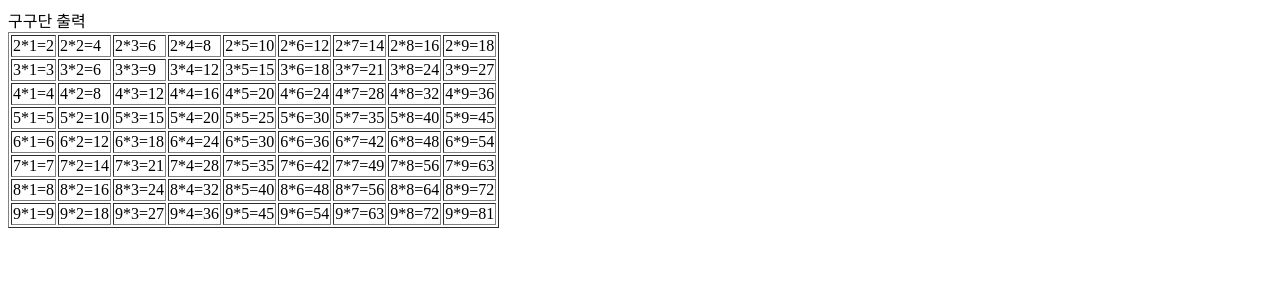
Repository: tngus3580/tngus3580
Page: http://localhost/20201109/ex0501.jsp
These files come from the project's save history. The page is drawn as it stood at one moment and after the next save; the edit follows.
The browser window is 1280 px wide. The pictures show the whole page.
The page is served by Tomcat 9.

Above is the page before, as saved 2020-11-09 02:25:58.

After the next save:
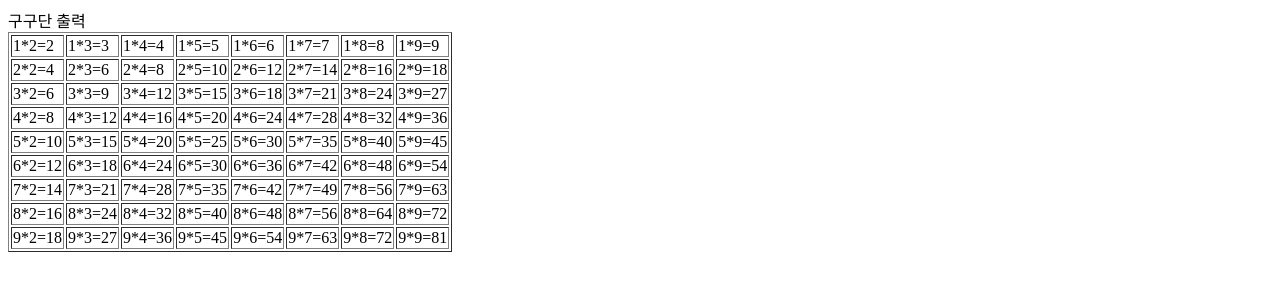
Saved 43 s later.
--- a/20201109/WebContent/ex0501.jsp
+++ b/20201109/WebContent/ex0501.jsp
@@ -10,9 +10,9 @@
 구구단 출력
 <table border="1">
 	<%
-		for(int i = 2; i< 10; i++){
+		for(int i = 1; i< 10; i++){
 			out.println("<tr>");
-			for(int j=1; j<10; j++){
+			for(int j=2; j<10; j++){
 				out.println("<td>"+i+"*"+j+"="+(j*i)+"</td>");
 			}
 			out.println("</tr>");
